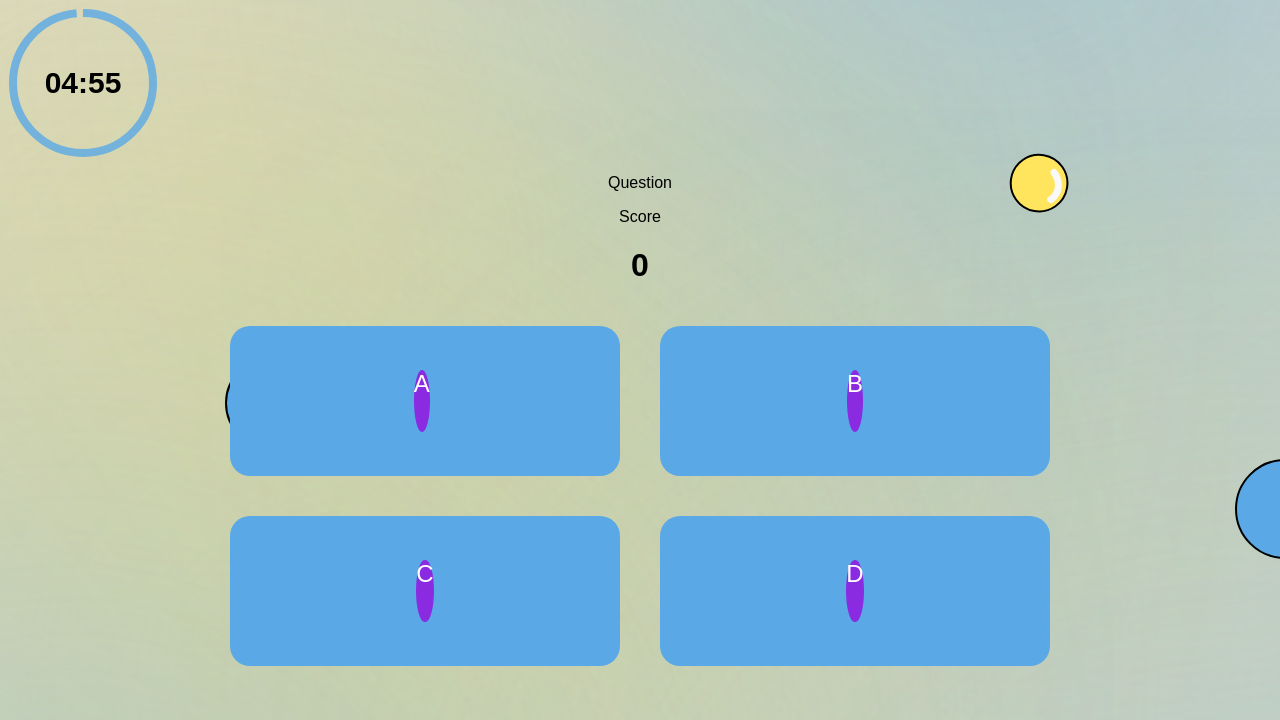
Repository: sierralaurent/SmartiePants
Page: quiz.html
The author's editor kept a copy of each file at every save. The page is drawn from the files as they stood at one save, then again after the next save.
The browser window is 1280 px wide. The pictures show the whole page.
The page's requests for data from a server got no answer.

Above is the page before, as saved 2023-05-16 21:51:00.

After the next save:
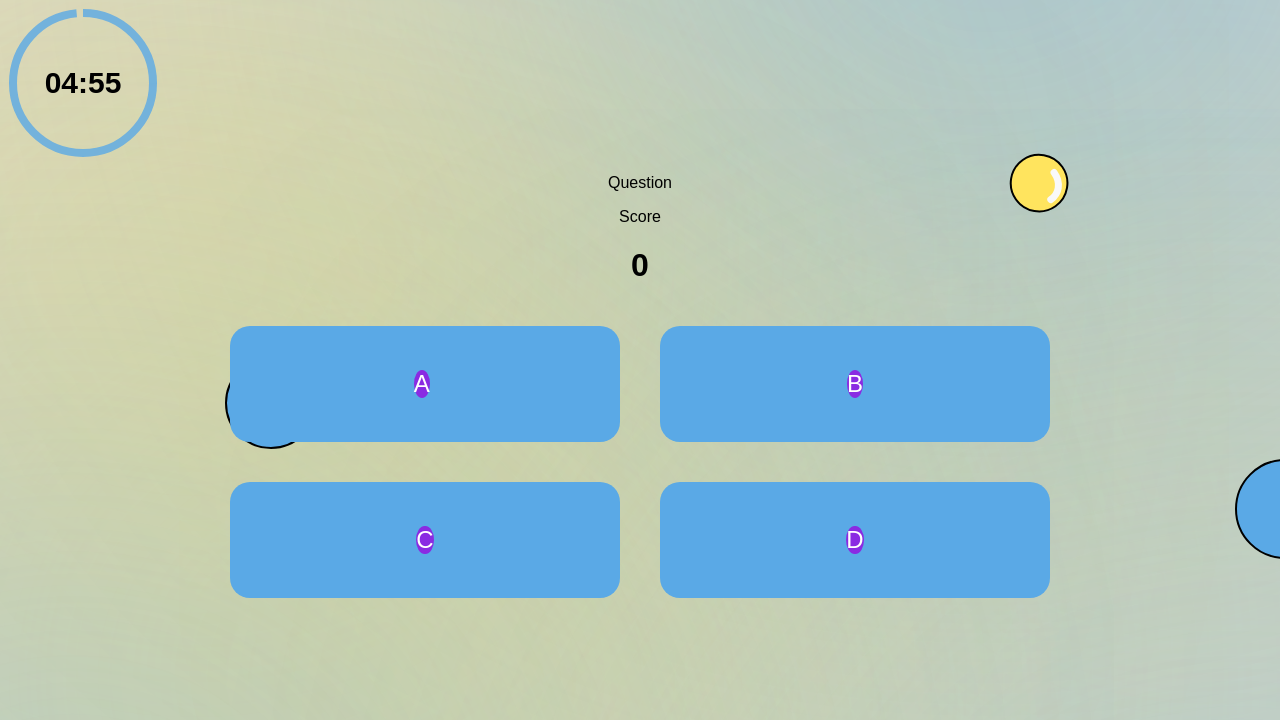
Saved 5 s later.
--- a/quiz.css
+++ b/quiz.css
@@ -51,7 +51,7 @@ body {
     border-radius: 20px;
     color: white;
     width: 350px;
-    height: 110px;
+
 }
 
 .choice-a-b{
